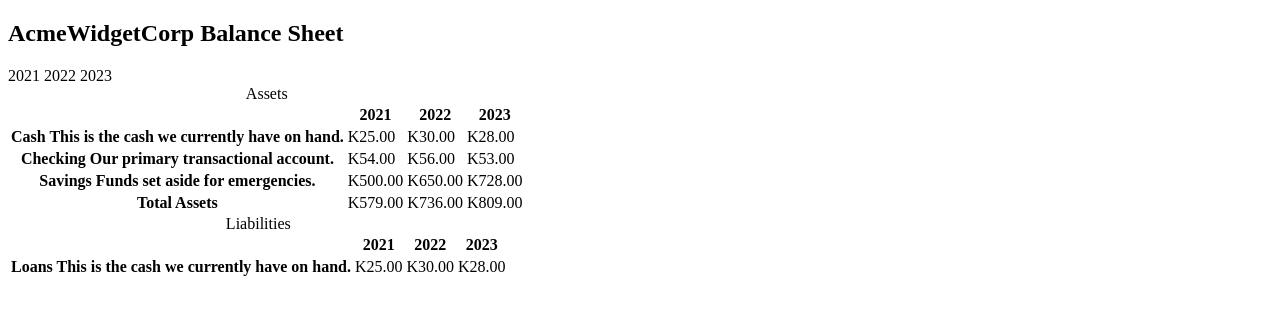
Repository: Lungdjos/balance_shee
Page: index.html
An editor plug-in stored every save of this project. The page is shown before and after a run of saves, followed by the edit.
The browser window is 1280 px wide. The pictures show the whole page.

Above is the page before, as saved 2023-10-31 16:49:21.

### index.html
<!DOCTYPE html>
<html lang="en">

<head>
    <meta charset="UTF-8">
    <meta name="viewport" content="width=device-width, initial-scale=1.0">
    <title>Balance Sheet</title>
    <link rel="stylesheet" href="styles.css">
</head>

<body>
    <main>
        <section>
            <h1>
                <span class="flex">
                <span>AcmeWidgetCorp</span>
                <span>Balance Sheet</span>
                </span>
            </h1>
            <div id="years" aria-hidden="true">
                <span class="year">2021</span>
                <span class="year">2022</span>
                <span class="year">2023</span>
            </div>
            <div class="table-wrap">
                <table>
                    <caption>Assets</caption>
                    <thead>
                        <tr>
                            <td></td>
                            <th><span class="sr-only year">2021</span></th>
                            <th><span class="sr-only year">2022</span></th>
                            <th class="current"><span class="current">2023</span></th>
                        </tr>
                    </thead>
                    <tbody>
                        <tr class="data">
                            <th>
                                Cash <span class="description">This is the cash we currently have on hand.</span>
                            </th>
                            <td>K25.00</td>
                            <td>K30.00</td>
                            <td class="current">K28.00</td>
                        </tr>
                        <tr class="data">
                            <th>
                                Checking <span class="description">Our primary transactional account.</span>
                            </th>
                            <td>K54.00</td>
                            <td>K56.00</td>
                            <td class="current">K53.00</td>
                        </tr>
                        <tr class="data">
                            <th>
                                Savings <span class="description">Funds set aside for emergencies.</span>
                            </th>
                            <td>K500.00</td>
                            <td>K650.00</td>
                            <td class="current">K728.00</td>
                        </tr>
                        <tr class="total">
                            <th>
                                Total <span class="sr-only">Assets</span>
                            </th>
                            <td>K579.00</td>
                            <td>K736.00</td>
                            <td class="current">K809.00</td>
                        </tr>
                    </tbody>
                </table>
                <table>
                    <caption>Liabilities</caption>
                    <thead>
                        <tr>
                            <td></td>
                            <th><span class="sr-only">2021</span></th>
                            <th><span class="sr-only">2022</span></th>
                            <th><span class="sr-only">2023</span></th>

                        </tr>
                    </thead>
                    <tbody>
                        <tr class="data">
                            <th>
                                Loans <span class="description">This is the cash we currently have on hand.</span>
                            </th>
                            <td>K25.00</td>
                            <td>K30.00</td>
                            <td class="current">K28.00</td>
                        </tr>
                        <tr class="data"></tr>
                        <tr class="data"></tr>
                        <tr class="total"></tr>
                    </tbody>
                </table>
                <table></table>
            </div>
        </section>
    </main>
</body>

</html>

</html>

Loaded but not shown: styles.css (no copy from this time; the picture is the same without it)

After the next 4 saves:
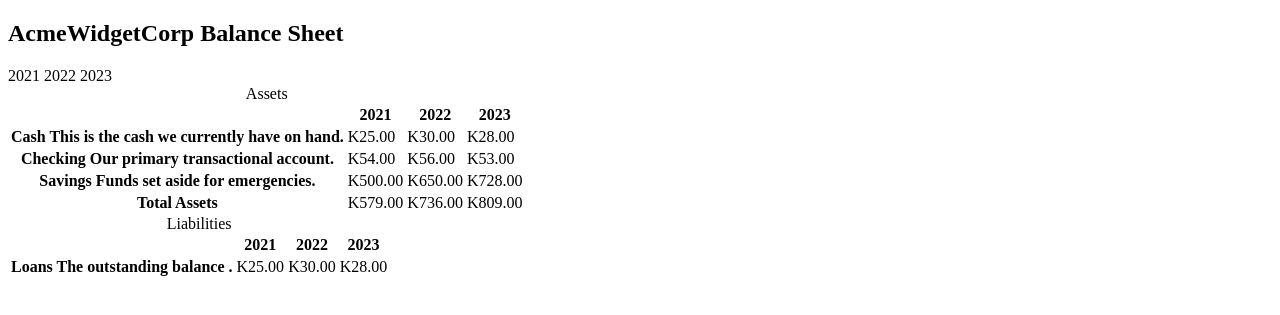
The 4 saves are shown as one change because they came seconds apart.
The last was saved 24 s later.
--- a/index.html
+++ b/index.html
@@ -82,7 +82,7 @@
                     <tbody>
                         <tr class="data">
                             <th>
-                                Loans <span class="description">This is the cash we currently have on hand.</span>
+                                Loans <span class="description">The outstanding balance .</span>
                             </th>
                             <td>K25.00</td>
                             <td>K30.00</td>
